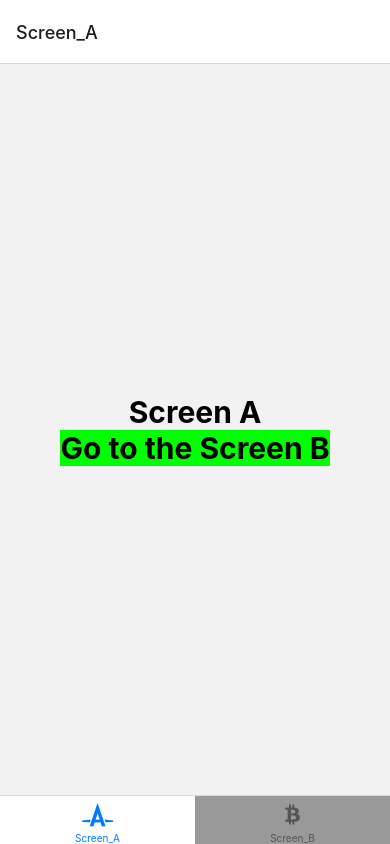
Repository: ntu34543/Navigation
Screen: /
An editor plug-in stored every save of this project. The screen is shown before and after the next save, followed by the edit.
The app was drawn by React Native's web renderer in a window 390 px wide. The project was rebuilt for these pictures with package versions that can differ from the ones it lists, and the page was loaded fresh each time. Also part of the build but not shown: component/ScreenB.js.

Above is the screen before, as saved 2022-09-19 22:58:08.

### App.js
import { StatusBar } from "expo-status-bar";
import { StyleSheet, Text, View, Pressable, TabBarIOSItem } from "react-native";
import { NavigationContainer } from "@react-navigation/native";
import { createStackNavigator } from "@react-navigation/stack";
import { createBottomTabNavigator } from "@react-navigation/bottom-tabs";
import ScreenA from "./component/ScreenA";
import ScreenB from "./component/ScreenB";
import FontAwesome5 from "react-native-vector-icons/FontAwesome5";

const Stack = createStackNavigator();
const Tab = createBottomTabNavigator();

export default function App() {
  return (
    <NavigationContainer>
      <Tab.Navigator
        // screenOptions={{ header: () => null }}
        screenOptions={({ route }) => ({
          tabBarIcon: ({ focused, size, color }) => {
            let iconName;
            if (route.name === "Screen_A") {
              iconName = "autoprefixer";
              size = focused ? 25 : 20;
              // color = focused ? "#f0f" : "#555";
            } else if (route.name === "Screen_B") {
              iconName = "btc";
              size = focused ? 25 : 20;
              // color = focused ? "#f0f" : "#555";
            }
            return <FontAwesome5 name={iconName} size={size} color={color} />;
          },
        })}
        tabBarOptions = {{
          ActiveTintColor: '#f0f',
          inactiveTintColor: '#555',
          inactiveBackgroundColor: '#999',
        }}
      >
        <Tab.Screen name="Screen_A" component={ScreenA} />
        {/* options={{header: () => null}} */}
        <Tab.Screen name="Screen_B" component={ScreenB} />
      </Tab.Navigator>
    </NavigationContainer>
  );
}

### component/ScreenA.js
import { StatusBar } from "expo-status-bar";
import { StyleSheet, Text, View, Pressable } from "react-native";

export default function ScreenA({ navigation }) {
  const onPressHandler = () => {
    navigation.navigate("Screen_B");
    // navigation.replace("Screen_B");
  };
  return (
    <View style={styles.body}>
      <Text style={styles.text}>Screen A</Text>
      <Pressable
        onPress={onPressHandler}
        style={({ pressed }) => ({
          backgroundColor: pressed ? "#ddd" : "#0f0",
        })}
      >
        <Text style={styles.text}>Go to the Screen B</Text>
      </Pressable>
    </View>
  );
}

const styles = StyleSheet.create({
  body: {
    flex: 1,
    justifyContent: "center",
    alignItems: "center",
  },
  text: {
    fontSize: 30,
    fontWeight: "bold",
  },
});

After the next save:
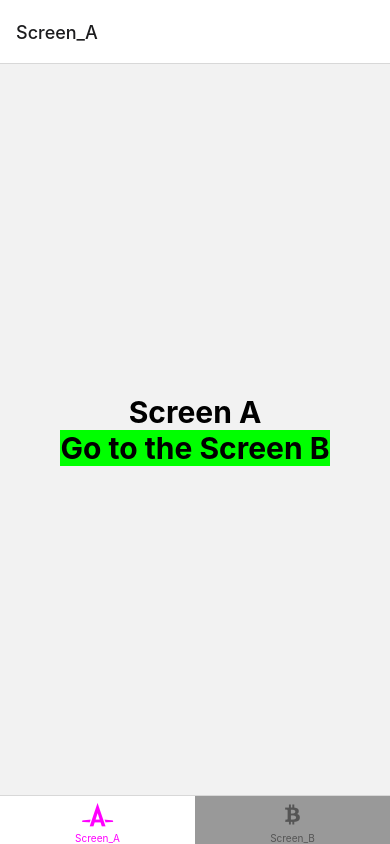
Saved 20 s later.
--- a/App.js
+++ b/App.js
@@ -31,7 +31,7 @@ export default function App() {
           },
         })}
         tabBarOptions = {{
-          ActiveTintColor: '#f0f',
+          activeTintColor: '#f0f',
           inactiveTintColor: '#555',
           inactiveBackgroundColor: '#999',
         }}
